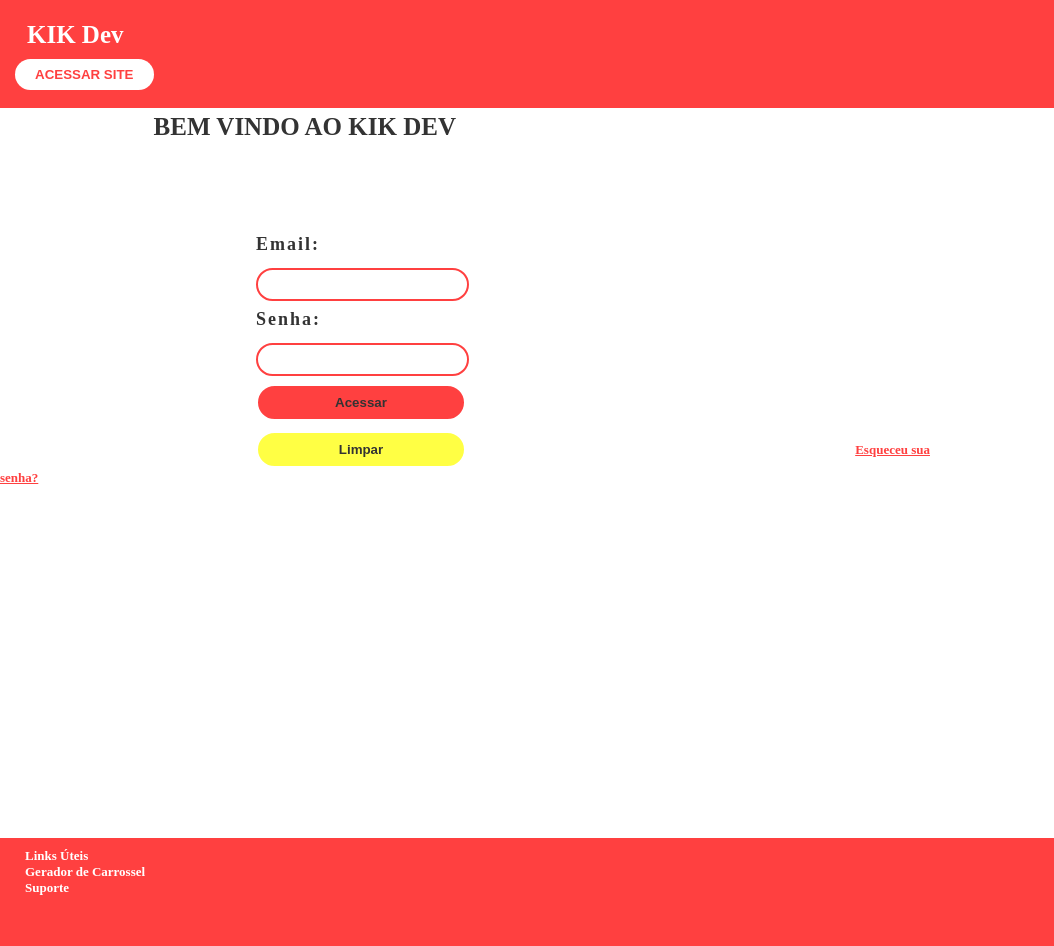
Repository: devgabrielvieira/kikdev
Page: index.html
The author's editor kept a copy of each file at every save. The page is drawn from the files as they stood at one save, then again after a run of saves.
The browser window is 1024 px wide. The page is 1054 px wide, so the pictures cover 1054 px, including what lies to the right of the window. The pictures show the whole page.

Above is the page before, as saved 2022-10-30 20:44:44.

After the next 7 saves:
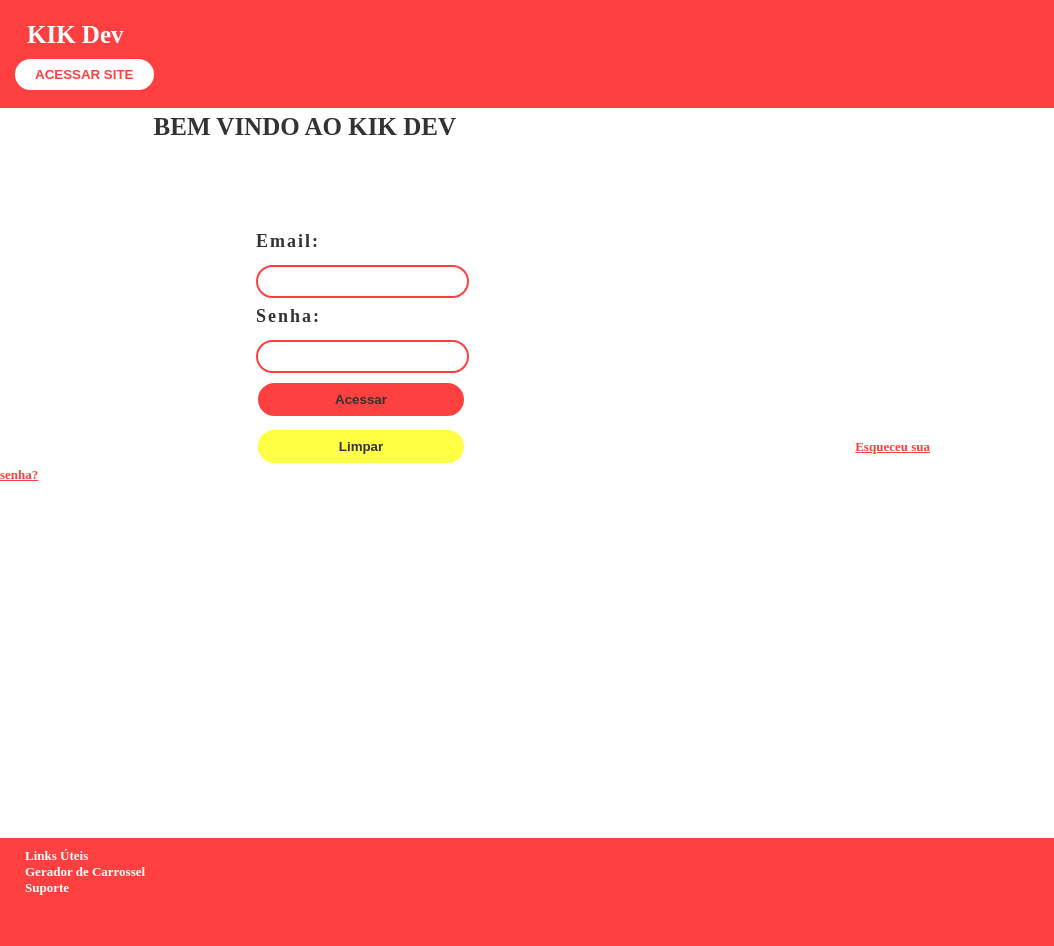
The 7 saves are shown as one change because they came seconds apart.
The last was saved 17 s later.
--- a/style-mobile.css
+++ b/style-mobile.css
@@ -135,6 +135,6 @@
 
     margin-top: 5px;
     margin-left: 15%;
-    margin-bottom: 5px;
+    margin-bottom: 0.1rem;
   }
 }
